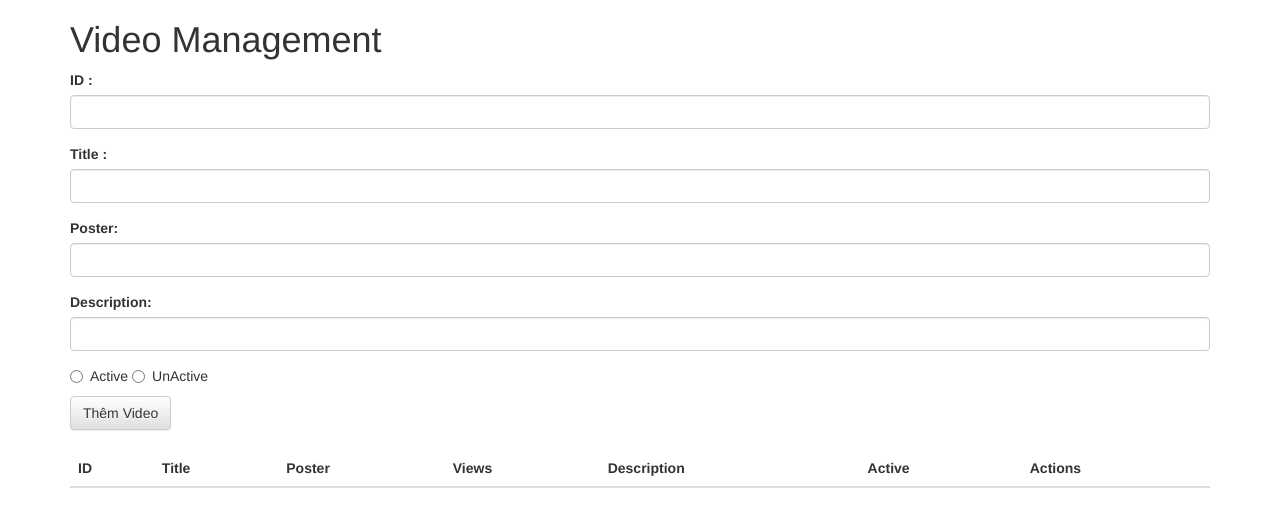
Repository: Hacorbie/Java-Servlet
Page: http://localhost/ASM_JV4/views/User.jsp
These files come from the project's save history. The page is drawn as it stood at one moment and after the next save; the edit follows.
The browser window is 1280 px wide. The pictures show the whole page.
Some web libraries are served in a nearby version. The page is served by Tomcat 9. Other server files are loaded and not shown. The template is opened directly, without the code that normally fills it, so the values that code supplies are empty.

Above is the page before, as saved 2023-04-09 12:21:20.

### ASM_JV4/src/main/webapp/views/User.jsp
<%@ page language="java" contentType="text/html; charset=UTF-8"
	pageEncoding="UTF-8"%>
<%@ taglib uri="http://java.sun.com/jsp/jstl/core" prefix="c"%>
<!DOCTYPE html>
<html>
<head>
<meta charset="UTF-8">

<title>User Management</title>
<!-- Thêm các file CSS Bootstrap -->
<link rel="stylesheet"
	href="https://maxcdn.bootstrapcdn.com/bootstrap/3.3.7/css/bootstrap.min.css">
<link rel="stylesheet"
	href="https://maxcdn.bootstrapcdn.com/bootstrap/3.3.7/css/bootstrap-theme.min.css">
</head>
<body>
<c:url var = "url" value ="/VideoManager"></c:url>
	<div class="container">
		<h1>Video Management</h1>
		<!-- Form thêm mới video -->
		<form method="post" action="${url}/Add">
		<div class="form-group">
    <label for="ID">ID :</label>
    <input type="text" class="form-control" name ="ID">
  </div>
			<div class="form-group">
    <label for="title">Title :</label>
    <input type="text" class="form-control" name ="title">
  </div>
  <div class="form-group">
    <label for="poster">Poster:</label>
    <input type="text" class="form-control" name="poster">
  </div>
  <div class="form-group">
    <label for="des">Description:</label>
    <input type="text" class="form-control" name="des">
  </div>
  <div class="radio">
    <label><input type="radio" name = "active" value ="yes"> Active</label>
    <label><input type="radio"name = "active" value ="no"> UnActive</label>
  </div>
  <button type="submit" class="btn btn-default">Thêm Video</button>
		</form>
		<br>
		<!-- Bảng hiển thị danh sách video -->
		<table class="table">
			<thead>
				<tr>
					<th>ID</th>
					<th>Title</th>
					<th>Poster</th>
					<th>Views</th>
					<th>Description</th>
					<th>Active</th>
					<th>Actions</th>
				</tr>
			</thead>
			<tbody>
				<c:forEach var="video" items="${videos}">
					<tr>
						<td>${video.id}</td>
						<td>${video.title}</td>
						<td>${video.poster}</td>
						<td>${video.views}</td>
						<td>${video.description}</td>
						<td>${video.active}</td>
						<td>
							<!-- Form chỉnh sửa video -->
							<form method="post" action="VideoController" class="form-inline">
								<input type="hidden" name="action" value="edit"> <input
									type="hidden" name="id" value="${video.id}">
								<button type="submit" class="btn btn-primary">Update</button>
							</form> <!-- Form xóa video -->
							<form method="post" action="VideoController" class="form-inline">
								<input type="hidden" name="action" value="delete"> <input
									type="hidden" name="id" value="${video.id}">
								<button type="submit" class="btn btn-danger">Delete</button>
							</form>
						</td>
					</tr>
				</c:forEach>
			</tbody>
		</table>
	</div>
	<!-- Thêm các file JavaScript Bootstrap -->
	<script
		src="https://ajax.googleapis.com/ajax/libs/jquery/3.2.1/jquery.min.js"></script>
	<script
		src="https://maxcdn.bootstrapcdn.com/bootstrap/3.3.7/js/bootstrap.min.js"></script>

</body>
</html>

After the next save:
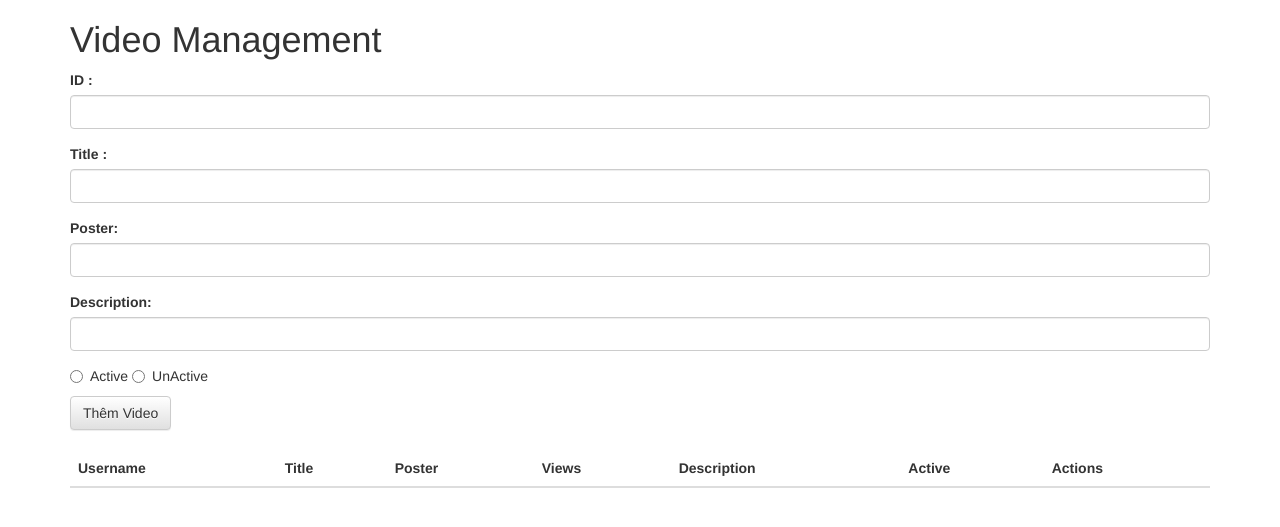
Saved 91 s later.
--- a/ASM_JV4/src/main/webapp/views/User.jsp
+++ b/ASM_JV4/src/main/webapp/views/User.jsp
@@ -46,7 +46,7 @@
 		<table class="table">
 			<thead>
 				<tr>
-					<th>ID</th>
+					<th>Username</th>
 					<th>Title</th>
 					<th>Poster</th>
 					<th>Views</th>
